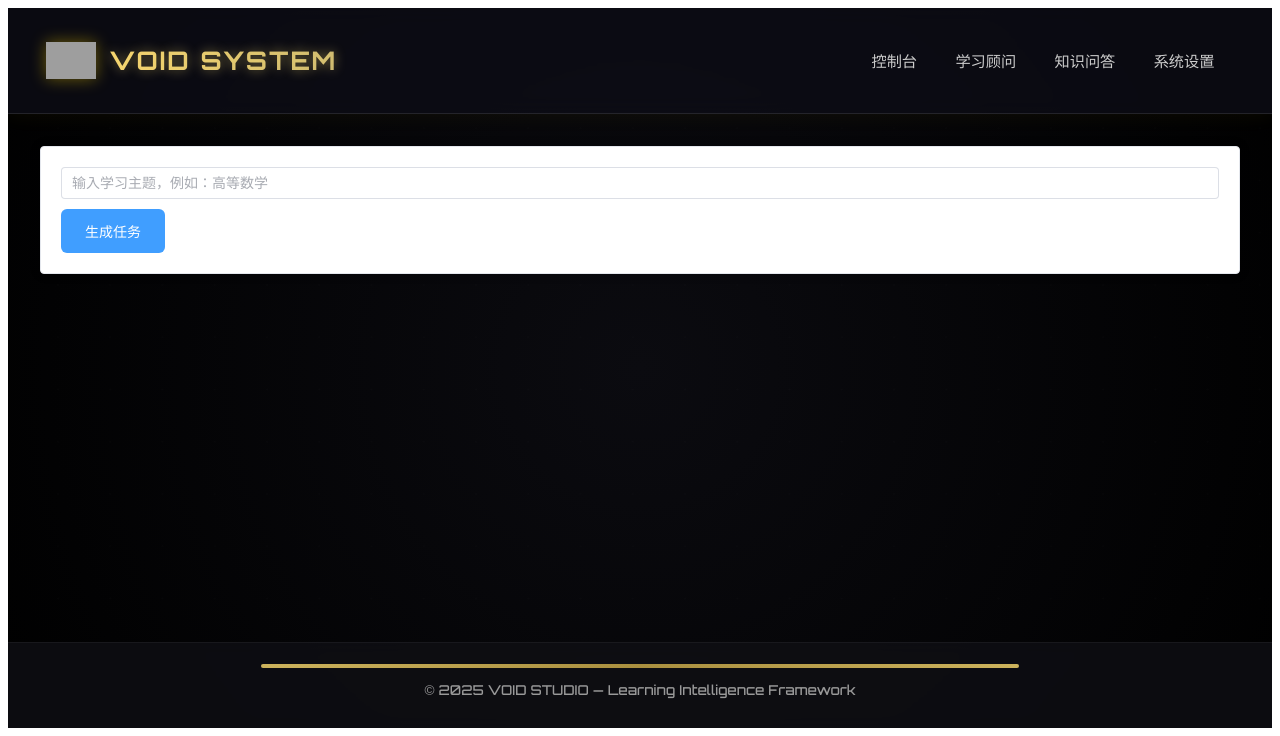
Repository: Void-Creator-Deity/Void-System
Page: /settings (app in void-system-frontend/)
The author's editor kept a copy of each file at every save. The page is drawn from the files as they stood at one save, then again after the next save.
The browser window is 1280 px wide. The pictures show the whole page.
Pictures or frames that could not be fetched are drawn as grey boxes. The project was rebuilt for these pictures with package versions that can differ from the ones it lists, and the page was loaded fresh each time. Also part of the build but not shown: void-system-frontend/vite.config.js, void-system-frontend/src/api/index.js, void-system-frontend/src/api/ai.js, void-system-frontend/src/pages/AIConsole.vue, void-system-frontend/src/pages/Advisor.vue, void-system-frontend/src/pages/QA.vue.

Above is the page before, as saved 2025-11-16 18:47:31.

### void-system-frontend/index.html
<!doctype html>
<html lang="en">
  <head>
    <meta charset="UTF-8" />
    <link rel="icon" type="image/svg+xml" href="/vite.svg" />
    <meta name="viewport" content="width=device-width, initial-scale=1.0" />
    <title>void-system-frontend</title>
  </head>
  <body>
    <div id="app"></div>
    <script type="module" src="/src/main.js"></script>
  </body>
</html>

### void-system-frontend/src/main.js
import { createApp } from "vue"
import App from "./App.vue"
import router from "./router"
import ElementPlus from "element-plus"
import "element-plus/dist/index.css"

const app = createApp(App)
app.use(router)
app.use(ElementPlus)
app.mount("#app")

### void-system-frontend/src/App.vue
<template>
  <div id="app" class="void-app">
    <!-- 系统顶栏 -->
    <header class="void-header">
      <div class="logo-area">
        <img src="/vite.svg" class="logo" alt="Void Logo" />
        <h1>VOID SYSTEM</h1>
      </div>
      <nav class="nav-links">
        <RouterLink to="/">控制台</RouterLink>
        <RouterLink to="/advisor">学习顾问</RouterLink>
        <RouterLink to="/qa">知识问答</RouterLink>
        <RouterLink to="/settings">系统设置</RouterLink>
      </nav>
    </header>

    <!-- 主界面内容区 -->
    <main class="void-main">
      <RouterView />
    </main>

    <!-- 底部系统能量条 -->
    <footer class="void-footer">
      <div class="energy-bar"></div>
      <p>© 2025 VOID STUDIO — Learning Intelligence Framework</p>
    </footer>
  </div>
</template>

<script setup>
import { RouterLink, RouterView } from 'vue-router'
</script>

<style scoped>
@import url('https://fonts.googleapis.com/css2?family=Orbitron:wght@500;700&display=swap');

.void-app {
  display: flex;
  flex-direction: column;
  min-height: 100vh;
  background: radial-gradient(circle at center, #0b0b10, #000);
  color: #f5f5f5;
  font-family: 'Orbitron', sans-serif;
  overflow: hidden;
}

/* 顶部导航 */
.void-header {
  display: flex;
  justify-content: space-between;
  align-items: center;
  padding: 1.2rem 2.4rem;
  background: rgba(15, 15, 25, 0.7);
  border-bottom: 1px solid rgba(255, 255, 255, 0.1);
  backdrop-filter: blur(10px);
  box-shadow: 0 2px 20px rgba(255, 215, 0, 0.05);
}

.logo-area {
  display: flex;
  align-items: center;
}
.logo-area h1 {
  font-size: 1.6rem;
  margin-left: 0.8rem;
  letter-spacing: 2px;
  text-shadow: 0 0 10px rgba(255, 215, 0, 0.3);
  background: linear-gradient(90deg, #f5d46f, #c9b670);
  background-clip: text;
  -webkit-background-clip: text;
  color: transparent;
  -webkit-text-fill-color: transparent;
  animation: glowText 3s infinite alternate;
}

@keyframes glowText {
  0% { text-shadow: 0 0 6px rgba(255, 220, 100, 0.3); }
  100% { text-shadow: 0 0 15px rgba(255, 230, 120, 0.6); }
}

.logo {
  width: 50px;
  transition: transform 0.5s ease;
  filter: drop-shadow(0 0 8px rgba(255, 215, 0, 0.4));
}
.logo:hover {
  transform: rotate(12deg) scale(1.15);
}

.nav-links a {
  color: #ccc;
  text-decoration: none;
  margin: 0 1.2rem;
  font-size: 0.95rem;
  position: relative;
  transition: color 0.3s ease;
}
.nav-links a::after {
  content: '';
  position: absolute;
  bottom: -4px;
  left: 50%;
  width: 0;
  height: 2px;
  background: #f2cb67;
  transition: all 0.3s ease;
}
.nav-links a:hover {
  color: #f2cb67;
}
.nav-links a:hover::after {
  left: 0;
  width: 100%;
}

/* 主体区域 */
.void-main {
  flex: 1;
  padding: 2rem;
  position: relative;
}

/* 炼金能量网格背景 */
.void-main::before {
  content: "";
  position: absolute;
  inset: 0;
  background-image: radial-gradient(circle at center, rgba(255, 255, 255, 0.05) 1px, transparent 1px);
  background-size: 50px 50px;
  opacity: 0.3;
  z-index: 0;
  animation: gridPulse 8s infinite alternate;
}
@keyframes gridPulse {
  0% { opacity: 0.2; transform: scale(1); }
  100% { opacity: 0.4; transform: scale(1.05); }
}

/* 底部能量条 */
.void-footer {
  text-align: center;
  position: relative;
  padding: 1rem 0;
  font-size: 0.85rem;
  color: #999;
  border-top: 1px solid rgba(255, 255, 255, 0.05);
  background: rgba(15, 15, 20, 0.8);
  backdrop-filter: blur(8px);
}

.energy-bar {
  width: 60%;
  height: 4px;
  margin: 0.3rem auto 0.8rem;
  background: linear-gradient(90deg, #f0d77a, #a98f3f, #f0d77a);
  background-size: 200% 100%;
  border-radius: 4px;
  animation: energyFlow 4s infinite linear;
}
@keyframes energyFlow {
  0% { background-position: 0% 0%; }
  100% { background-position: 200% 0%; }
}
</style>

### void-system-frontend/src/router/index.js
import { createRouter, createWebHistory } from 'vue-router'
import AIConsole from '@/pages/AIConsole.vue'
import Advisor from '@/pages/Advisor.vue'
import QA from '@/pages/QA.vue'
import Settings from '@/pages/Settings.vue'

const routes = [
  { path: '/', component: AIConsole },
  { path: '/advisor', component: Advisor },
  { path: '/qa', component: QA },
  { path: '/settings', component: Settings },
]

export default createRouter({
  history: createWebHistory(),
  routes,
})

### void-system-frontend/src/pages/Settings.vue
<template>
  <el-card>
    <el-input
      v-model="topic"
      placeholder="输入学习主题，例如：高等数学"
      @keyup.enter="generate"
    />

    <!-- 添加波纹效果的按钮 -->
    <button class="ripple-button custom-btn" @click="generate">
      生成任务
    </button>

    <div v-if="result" class="result-box">
      <h3>系统建议：</h3>
      <pre>{{ result }}</pre>
    </div>
  </el-card>
</template>

<script setup>
import { ref } from "vue"

const topic = ref("")
const result = ref("")

// 波纹效果函数
function createRipple(event) {
  const button = event.currentTarget;
  const circle = document.createElement("span");
  const diameter = Math.max(button.clientWidth, button.clientHeight);
  const radius = diameter / 2;

  circle.style.width = circle.style.height = `${diameter}px`;
  circle.style.left = `${event.clientX - button.getBoundingClientRect().left - radius}px`;
  circle.style.top = `${event.clientY - button.getBoundingClientRect().top - radius}px`;
  circle.classList.add("ripple-effect");

  const ripple = button.getElementsByClassName("ripple-effect")[0];
  if (ripple) {
    ripple.remove();
  }

  button.appendChild(circle);
}

// 生成任务函数
async function generate(event) {
  // 添加波纹效果
  //createRipple(event);

  // 原有的生成逻辑
  console.log("触发了generate函数，topic值：", topic.value);
  if (!topic.value.trim()) return;

  try {
    result.value = topic.value;
  } catch (error) {
    console.error("生成失败:", error);
    result.value = "生成失败，请重试";
  }
}
</script>

<style scoped>
/* 波纹效果样式 */
.ripple-button {
  position: relative;
  overflow: hidden;
  background: #409EFF;
  color: white;
  border: none;
  padding: 12px 24px;
  border-radius: 6px;
  cursor: pointer;
  font-size: 14px;
  transition: background 0.3s;
  margin-top: 10px;
}

.ripple-button:hover {
  background: #66b1ff;
}

.ripple-effect {
  position: absolute;
  border-radius: 50%;
  background: rgba(255, 255, 255, 0.6);
  transform: scale(0);
  animation: ripple 0.6s linear;
  pointer-events: none;
}

@keyframes ripple {
  to {
    transform: scale(4);
    opacity: 0;
  }
}



.result-box {
  margin-top: 20px;
  white-space: pre-wrap;
  background: rgba(20, 20, 25, 0.85);
  color: #ccc;
  padding: 15px;
  border-radius: 10px;
}
</style>

After the next save:
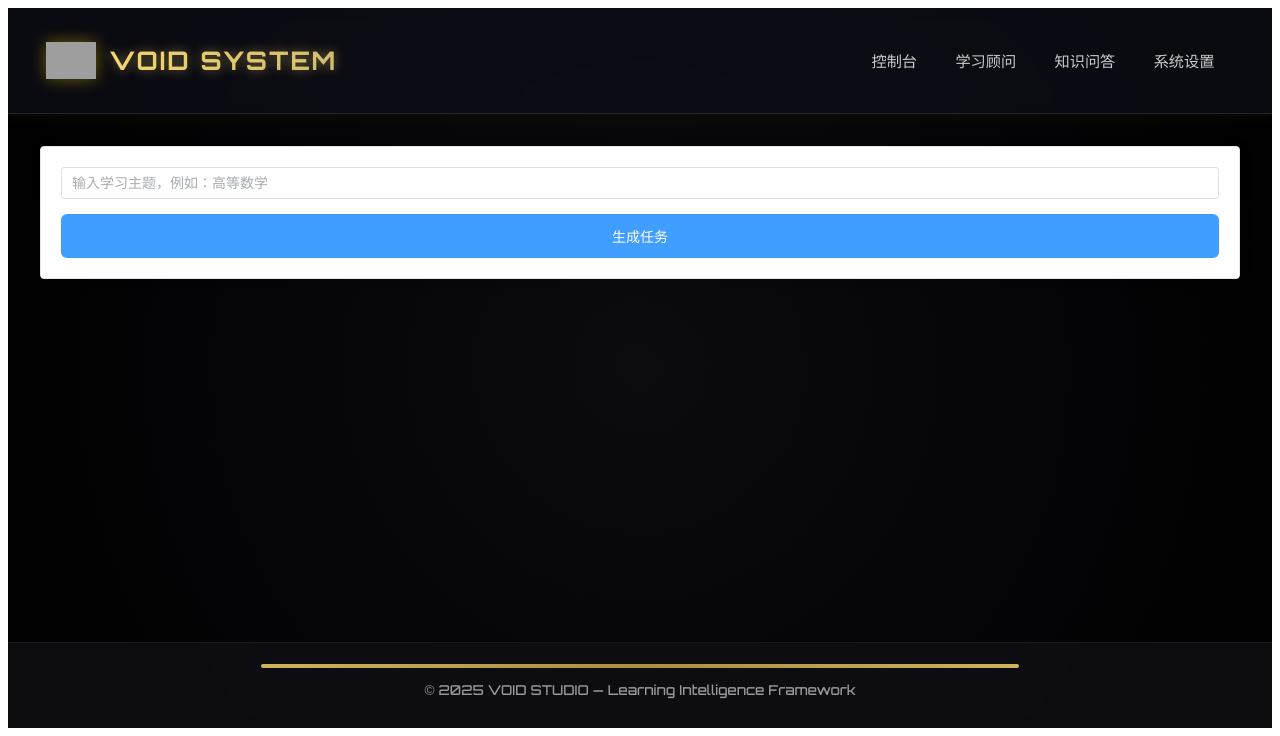
Saved 14 s later.
--- a/void-system-frontend/src/pages/Settings.vue
+++ b/void-system-frontend/src/pages/Settings.vue
@@ -91,14 +91,12 @@ async function generate(event) {
   pointer-events: none;
 }
 
-@keyframes ripple {
-  to {
-    transform: scale(4);
-    opacity: 0;
-  }
-}
 
 
+.custom-btn {
+  width: 100%;
+  margin-top: 15px;
+}
 
 .result-box {
   margin-top: 20px;
